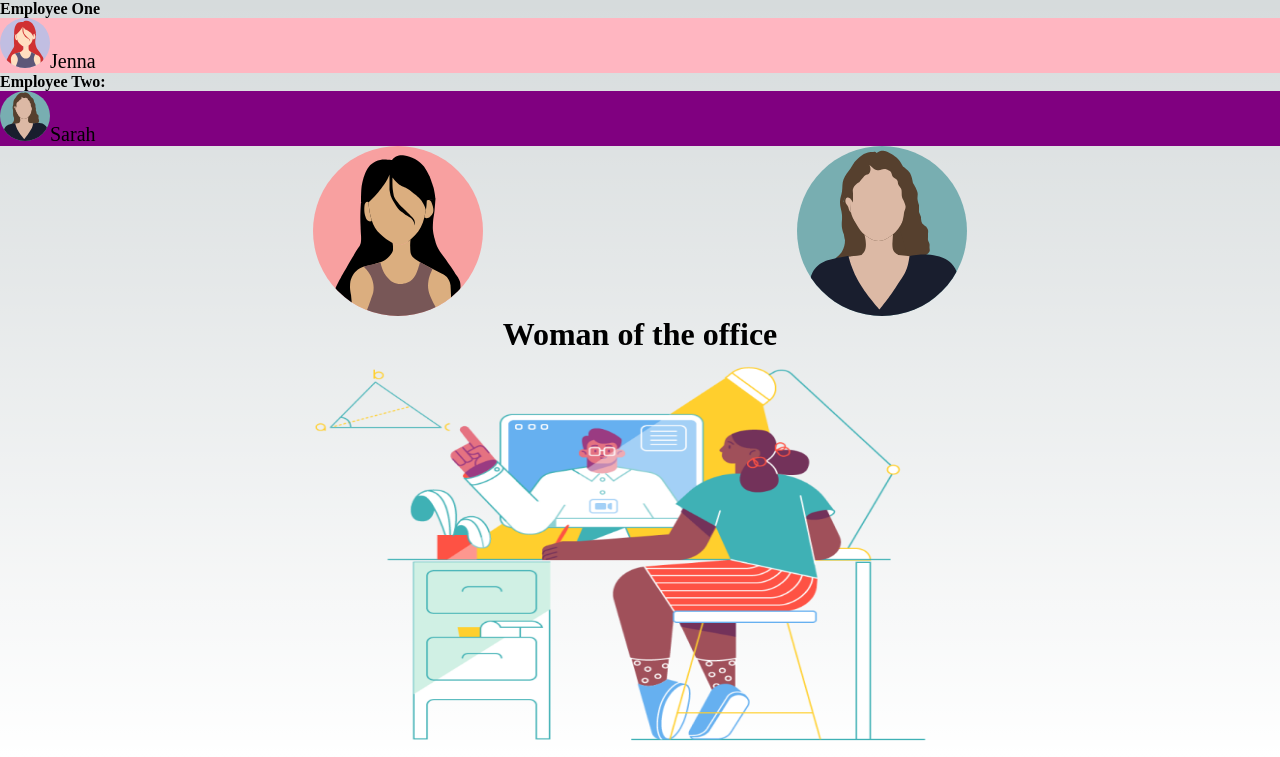
Repository: bguemos/week3example
Page: /About
An editor plug-in stored every save of this project. The page is shown before and after the next save, followed by the edit.
The browser window is 1280 px wide. The pictures show the whole page.
The project was rebuilt for these pictures with package versions that can differ from the ones it lists, and the page was loaded fresh each time. The framework's server and built-in components were replaced by stand-ins that run in the browser. Also part of the build but not shown: next.config.js.

Above is the page before, as saved 2023-01-23 13:43:31.

After the next save:
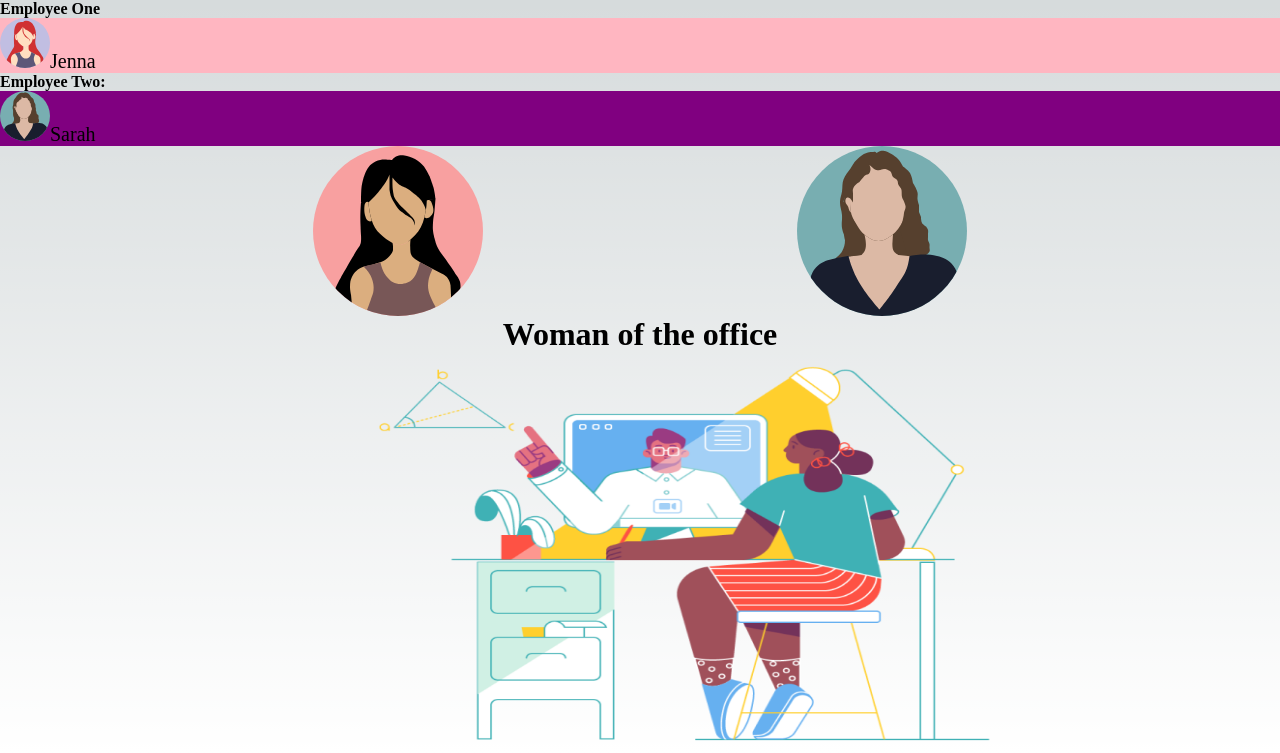
Saved 27 s later.
--- a/styles/info.module.css
+++ b/styles/info.module.css
@@ -11,5 +11,7 @@
 }
 
 .graphic{
-margin-left: 20%;
+margin-left: 25%;
+display: flex;
+flex-wrap: wrap;
 }
